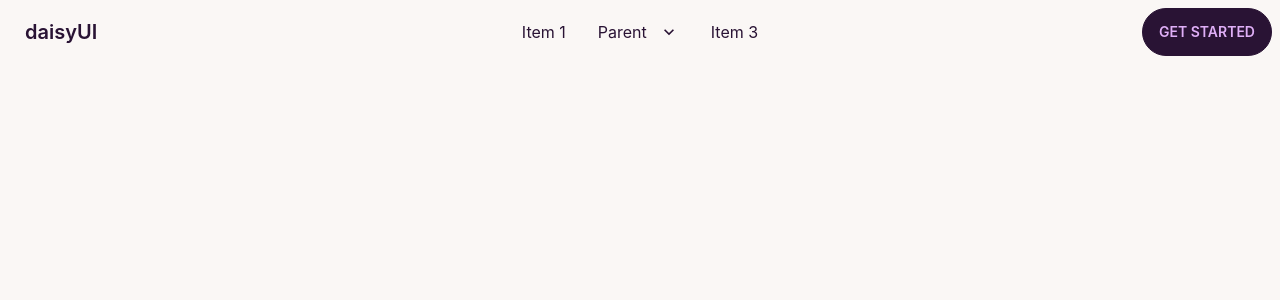
Repository: Tanvir3744/admin-portal
Page: /
These files come from the project's save history. The page is drawn as it stood at one moment and after the next save; the edit follows.
The browser window is 1280 px wide. The pictures show the whole page.
The project was rebuilt for these pictures with package versions that can differ from the ones it lists, and the page was loaded fresh each time.

Above is the page before, as saved 2022-07-21 21:12:50.

### src/index.js
import React from 'react';
import ReactDOM from 'react-dom/client';
import './index.css';
import App from './App';
import reportWebVitals from './reportWebVitals';
import { Provider } from 'react-redux'
import { store } from './Redux/Store'
import { BrowserRouter } from 'react-router-dom'
const root = ReactDOM.createRoot(document.getElementById('root'));
root.render(
  <React.StrictMode>
    <Provider store={store}>
      <BrowserRouter>
        <App />
      </BrowserRouter>
    </Provider>
  </React.StrictMode>
);

// If you want to start measuring performance in your app, pass a function
// to log results (for example: reportWebVitals(console.log))
// or send to an analytics endpoint. Learn more: https://bit.ly/CRA-vitals
reportWebVitals();

### src/index.css
/* tailwind css configuration */
@tailwind base;
@tailwind components;
@tailwind utilities;

body {
  margin: 0;
  font-family: -apple-system, BlinkMacSystemFont, 'Segoe UI', 'Roboto', 'Oxygen',
    'Ubuntu', 'Cantarell', 'Fira Sans', 'Droid Sans', 'Helvetica Neue',
    sans-serif;
  -webkit-font-smoothing: antialiased;
  -moz-osx-font-smoothing: grayscale;
}

code {
  font-family: source-code-pro, Menlo, Monaco, Consolas, 'Courier New',
    monospace;
}

### src/App.js
import Header from './components/Header/Header'
import {Route, Routes } from 'react-router-dom';
function App() {
  return (
    <div className="App">
      <Header/>

    </div>
  );
}

export default App;

### src/Redux/Store.js
import { createStore } from 'redux';
import { rootReducers } from './Reducers';
export const store = createStore(rootReducers,
    {},
     window.__REDUX_DEVTOOLS_EXTENSION__ && window.__REDUX_DEVTOOLS_EXTENSION__()
) // the second argument could be a middleware I'm gonna use that later

### src/components/Header/Header.js
import React from 'react';
import Link from 'react-router'
const Header = () => {
    const menuItem = <>
        <li><Link ></Link></li>
    </>
    return (
        <div>
            <div class="navbar bg-base-100">
                <div class="navbar-start">
                    <div class="dropdown">
                        <label tabindex="0" class="btn btn-ghost lg:hidden">
                            <svg xmlns="http://www.w3.org/2000/svg" class="h-5 w-5" fill="none" viewBox="0 0 24 24" stroke="currentColor"><path stroke-linecap="round" stroke-linejoin="round" stroke-width="2" d="M4 6h16M4 12h8m-8 6h16" /></svg>
                        </label>
                        <ul tabindex="0" class="menu menu-compact dropdown-content mt-3 p-2 shadow bg-base-100 rounded-box w-52">
                            <li><a>Item 1</a></li>
                            <li tabindex="0">
                                <a class="justify-between">
                                    Parent
                                    <svg class="fill-current" xmlns="http://www.w3.org/2000/svg" width="24" height="24" viewBox="0 0 24 24"><path d="M8.59,16.58L13.17,12L8.59,7.41L10,6L16,12L10,18L8.59,16.58Z" /></svg>
                                </a>
                                <ul class="p-2">
                                    <li><a>Submenu 1</a></li>
                                    <li><a>Submenu 2</a></li>
                                </ul>
                            </li>
                            <li><a>Item 3</a></li>
                        </ul>
                    </div>
                    <a class="btn btn-ghost normal-case text-xl">daisyUI</a>
                </div>
                <div class="navbar-center hidden lg:flex">
                    <ul class="menu menu-horizontal p-0">
                        <li><a>Item 1</a></li>
                        <li tabindex="0">
                            <a>
                                Parent
                                <svg class="fill-current" xmlns="http://www.w3.org/2000/svg" width="20" height="20" viewBox="0 0 24 24"><path d="M7.41,8.58L12,13.17L16.59,8.58L18,10L12,16L6,10L7.41,8.58Z" /></svg>
                            </a>
                            <ul class="p-2">
                                <li><a>Submenu 1</a></li>
                                <li><a>Submenu 2</a></li>
                            </ul>
                        </li>
                        <li><a>Item 3</a></li>
                    </ul>
                </div>
                <div class="navbar-end">
                    <a class="btn">Get started</a>
                </div>
            </div>
        </div>
    );
};

export default Header;

### src/Redux/Reducers/index.js
import { combineReducers } from 'redux';
import { setProductReducers } from '../Reducers/Reducers';

export const rootReducers = combineReducers({
    setProdReducer : setProductReducers,
})

### src/Redux/Reducers/Reducers.js
import { ActionType } from '../ActionTypes/ActionContstant'

//initializing the state here
const initProdState = {
    products: [
        {
            "img": "https://m.media-amazon.com/images/I/71wrIZujPIL._AC_UL320_.jpg",
            "name": "Roku Streaming Stick 4K 2021",
            "desc": "Streaming Device 4K/HDR/Dolby Vision with Roku Voice Remote and TV Controls",
            "price": "$29.99"
        },
        {
            "img": "https://m.media-amazon.com/images/I/717dWfmxXVL._AC_UL320_.jpg",
            "name": "Roku Express | HD Streaming Media",
            "desc": "Player with High Speed HDMI Cable and Simple Remote",
            "price": "$19.99"
        },
        {
            "img": "https://m.media-amazon.com/images/I/71rXSVqET9L._AC_UL320_.jpg",
            "name": "Sceptre 24 inch Professional Thin 75Hz",
            "desc": "1080p LED Monitor 2x HDMI VGA Build-in Speakers, Machine Black (E248W-19203R Series)",
            "price": "$99.99"
        },
        {
            "img": "https://m.media-amazon.com/images/I/712xpaJPT6L._AC_UL320_.jpg",
            "name": "Logitech C922x Pro Stream Webcam ",
            "desc": "Full 1080p HD Camera",
            "price": "$109.99"
        }
    ]
}

console.log(initProdState)
export const setProductReducers = (state = initProdState, { type, payload }) => {
    switch (type) {
        case ActionType.SET_PRODUCTS:
            return state;

        default:
            return state;
    }
}

### src/Redux/ActionTypes/ActionContstant.js
export const ActionType = {
    SET_PRODUCTS: "SET_PRODUCTS",
    SELECTED_PRODUCT: 'SELECTED_PRODUCT',
    REMOVE_SELECTED_PRODUCT : 'REMOVE_SELECTED_PRODUCT',
}

### tailwind.config.js
/** @type {import('tailwindcss').Config} */
module.exports = {
  content: ["./src/**/*.{html,js}"],
  theme:{
    extend: {
      daisyui: {
        themes: [
          {
            mytheme: {
              "primary": "#ffc4d3",
              "secondary": "#f285d6",
              "accent": "#6501ad",
              "neutral": "#1B1D23",
              "base-100": "#EDE6EF",
              "info": "#408BC4",
              "success": "#24BC85",
              "warning": "#A26F11",
              "error": "#F4627A",
            },
          },
        ],
      },
    },
  },
  daisyui: {
    themes: ["cupcake","cmyk"],
  },
  plugins: [require("daisyui")],
}

### src/components/Products/Products.js
import React from 'react';

const Products = () => {
    return (
        <div>
           <h2>this is product page</h2>
        </div>
    );
};

export default Products;

Loaded but not shown: public/index.html (common file); src/reportWebVitals.js (common file)

After the next save:
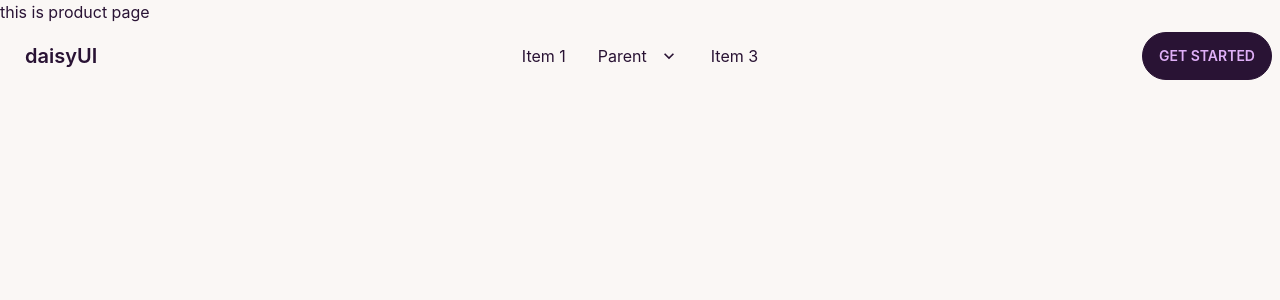
Saved 92 s later.
--- a/src/App.js
+++ b/src/App.js
@@ -1,8 +1,12 @@
 import Header from './components/Header/Header'
 import {Route, Routes } from 'react-router-dom';
+import Products from './components/Products/Products';
 function App() {
   return (
     <div className="App">
+      <Routes>
+        <Route path='/' element={<Products></Products>}></Route>
+      </Routes>
       <Header/>
 
     </div>
